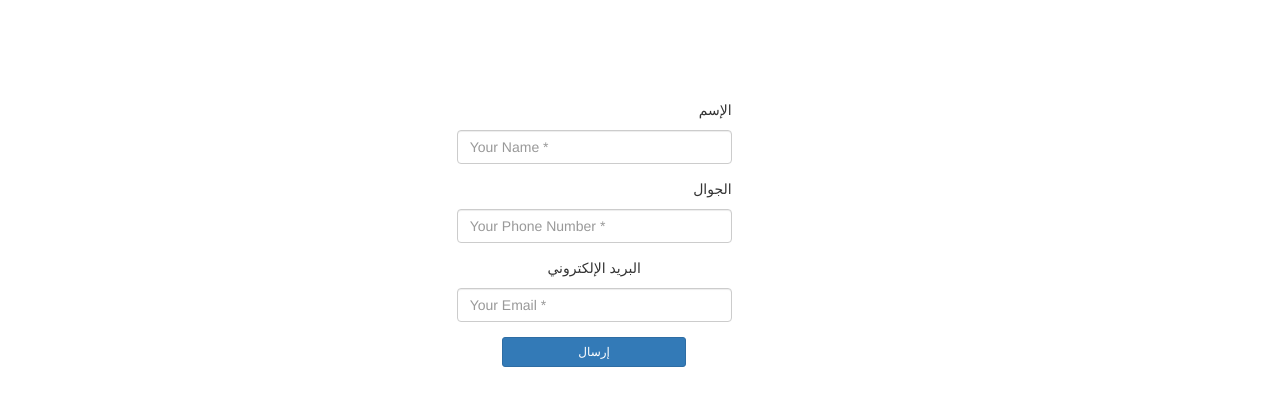
Repository: Abdaljawad-Aya/Itbeep-task
Page: http://localhost/form-user
The author's editor kept a copy of each file at every save. The page is drawn from the files as they stood at one save, then again after the next save.
The browser window is 1280 px wide. The pictures show the whole page.
The page is served by the project's Laravel application, run on PHP 8.4 with Laravel 8. Other server files are loaded and not shown.

Above is the page before, as saved 2021-03-07 19:00:21.

### singlePageApp/routes/web.php
<?php

use Illuminate\Support\Facades\Route;

/*
|--------------------------------------------------------------------------
| Web Routes
|--------------------------------------------------------------------------
|
| Here is where you can register web routes for your application. These
| routes are loaded by the RouteServiceProvider within a group which
| contains the "web" middleware group. Now create something great!
|
*/

Route::get('/', function () {
    return view('welcome');
});

Route::get('form-user', 'formController@form');
Route::post('form-user', ['as' => 'users.store', 'uses' => 'formController@formSaveData']);

### singlePageApp/app/Http/Controllers/formController.php
<?php

namespace App\Http\Controllers;

use Illuminate\Support\Facades\Mail;

use Illuminate\Http\Request;
use App\Mail\formUser;
use App\form;

class formController extends Controller
{
    /**
     * Show the application
     *
     * @return \Illuminatey\Http\Response
     */

    public function form()
    {
        return view('form-user');
    }

    /**
     * Show the application
     *
     * @return \Illuminatey\Http\Response
     */

    public function formSaveData(Request $request)

    {
        $this->validate($request, [
            'name'   => 'required',
            'email'  => 'required|email',
            'mobile' => 'required',
        ]);

        form::create($request->all());
        Mail::send(
            'form-user',
            array(
                'name'   => $request->get('name'),
                'mobile' => $request->get('mobile'),
                'email'  => $request->get('email'),
            ),
            function ($message) use ($request) {
                $message->from('abdaljawad.ayah94@gmail.com');
                $message->to($request->email, 'Admin')->subject($request->get('subject'));
            }
        );
        return back()->with('success', 'Thanks for contact us!');
    }
}

### singlePageApp/resources/views/form-user.blade.php
<!DOCTYPE html>
<html lang="en">
<head>
    <meta charset="UTF-8">
    <meta name="viewport" content="width=device-width, initial-scale=1.0">
    <meta http-equiv="X-UA-Compatible" content="ie=edge">
    <link rel="stylesheet" href="https://maxcdn.bootstrapcdn.com/bootstrap/3.4.1/css/bootstrap.min.css">

    <script src="https://ajax.googleapis.com/ajax/libs/jquery/3.5.1/jquery.min.js"></script>

    <script src="https://maxcdn.bootstrapcdn.com/bootstrap/3.4.1/js/bootstrap.min.js"></script>
    <link rel="stylesheet" href="../views/css/style.css">
    <title>Form</title>
</head>
<body>
   <div class="container contact-form col-lg-6 col-md-offset-4" style="margin-top:100px;">
     @if (session('status'))
       <div class="alert alert-success">
           {{ session('status')}}
       </div>
    @endif
    @if (session('warning'))
    <div class="alert alert-warning">
        {{session('warning')}}
    </div>
    @endif

    <form method="POST" action ="{{ route('users.store')}}" >
     {{ csrf_field()}}

     <div class="col-md-6">

        {{-- NAME --}}
        <div class="form-group {{ $errors->has('name') ? ' has-error' : '' }}">
                <p style="text-align: right">الإسم</p>
            <input type="text" name="name" class="form-control" placeholder="Your Name *" required/>
             @if ($errors->has('name'))
                 <span class="help-block">
                     <strong>
                         {{ $errors->first('name')}}
                     </strong>
                 </span>
             @endif
         </div>


        {{-- MOBILE --}}

        <div class="form-group" {{$errors->has('mobile') ? 'has-error' : ''}}>
            <p style="text-align: right">الجوال</p>
         <input type="text" name="mobile" class="form-control" placeholder="Your Phone Number *" required/>

         @if ($errors->has('mobile'))
             <span class="help-block">
                 <strong>
                     {{ $errors->first('mobile')}}
                 </strong>
             </span>
         @endif
        </div>
         {{-- EMAIL --}}
         <div class="form-group" {{$errors->has('email') ? 'has-error' : ''}}>
             <p style="text-align: center">البريد الإلكتروني</p>
          <input type="email" name="email" class="form-control" placeholder="Your Email *" required />

            @if ($errors->has('email'))
            <span class="help-block">
                <strong>
                    {{ $errors->first('email')}}
                </strong>
            </span>
            @endif
        </div>

        <div class="form-group">

            <input type="submit" name="btnSubmit" class="btn btn-primary btn-square btn-sm col-lg-8 col-md-offset-2" value="إرسال" data-toggle="modal" data-target="#exampleModal" data-whatever="@getbootstrap">
        </div>
     </div>


     {{-- Popup Start --}}
    <div class="modal fade" id="exampleModal" tabindex="-1" role="dialog" aria-labelledby="exampleModalLabel" aria-hidden="true">
    <div class="modal-dialog" role="document">
        <div class="modal-content">
        <div class="modal-header">
            {{-- <h5 class="modal-title" id="exampleModalLabel">New message</h5> --}}
            <button type="button" class="close" data-dismiss="modal" aria-label="Close">
            <span aria-hidden="true">&times;</span>
            </button>
        </div>
        <div class="modal-body">
            <form>
            <div class="form-group ">
                <p style="text-align: center" >إختر عرض من العروض الاتيه</p>
                <button type="button" style=" background-color:rgb(95, 51, 95); color:#FFF;" class=" btn-square btn-sm col-lg-2 col-md-offset-2"> عرض3</button>
                <button type="button" style=" background-color:rgb(95, 51, 95); color:#FFF;"class="btn-square btn-sm col-lg-2 col-md-offset-1"> عرض2</button>
                <button type="button" style=" background-color:rgb(95, 51, 95); color:#FFF;"class="btn-square btn-sm col-lg-2 col-md-offset-1"> عرض1</button>
                 <br> <br>
                <button type="button"style=" background-color:rgb(95, 51, 95); color:#FFF;" class=" btn-square btn-sm col-lg-8 col-md-offset-2">التالي</button>

            </div>
            </form>
        </div>
        <div class="modal-footer">
            <button type="button" class="btn btn-secondary" data-dismiss="modal">إغلاق</button>

        </div>
        </div>
    </div>
</div>
     {{-- Popup End --}}


</form>
</div>
</body>
</html>

Loaded but not shown: singlePageApp/app/Http/Controllers/Controller.php (common file)

After the next save:
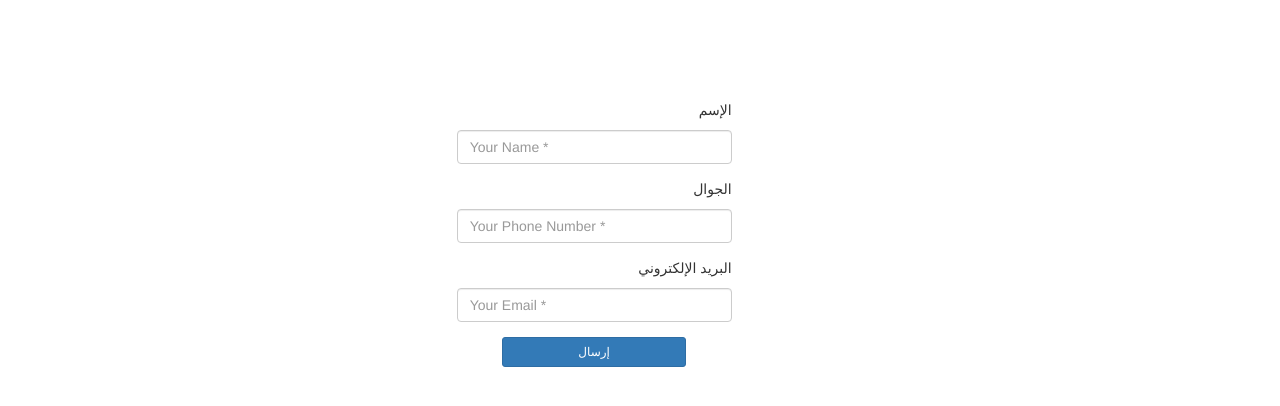
Saved 4 s later.
--- a/singlePageApp/resources/views/form-user.blade.php
+++ b/singlePageApp/resources/views/form-user.blade.php
@@ -60,7 +60,7 @@
         </div>
          {{-- EMAIL --}}
          <div class="form-group" {{$errors->has('email') ? 'has-error' : ''}}>
-             <p style="text-align: center">البريد الإلكتروني</p>
+             <p style="text-align: right">البريد الإلكتروني</p>
           <input type="email" name="email" class="form-control" placeholder="Your Email *" required />
 
             @if ($errors->has('email'))
